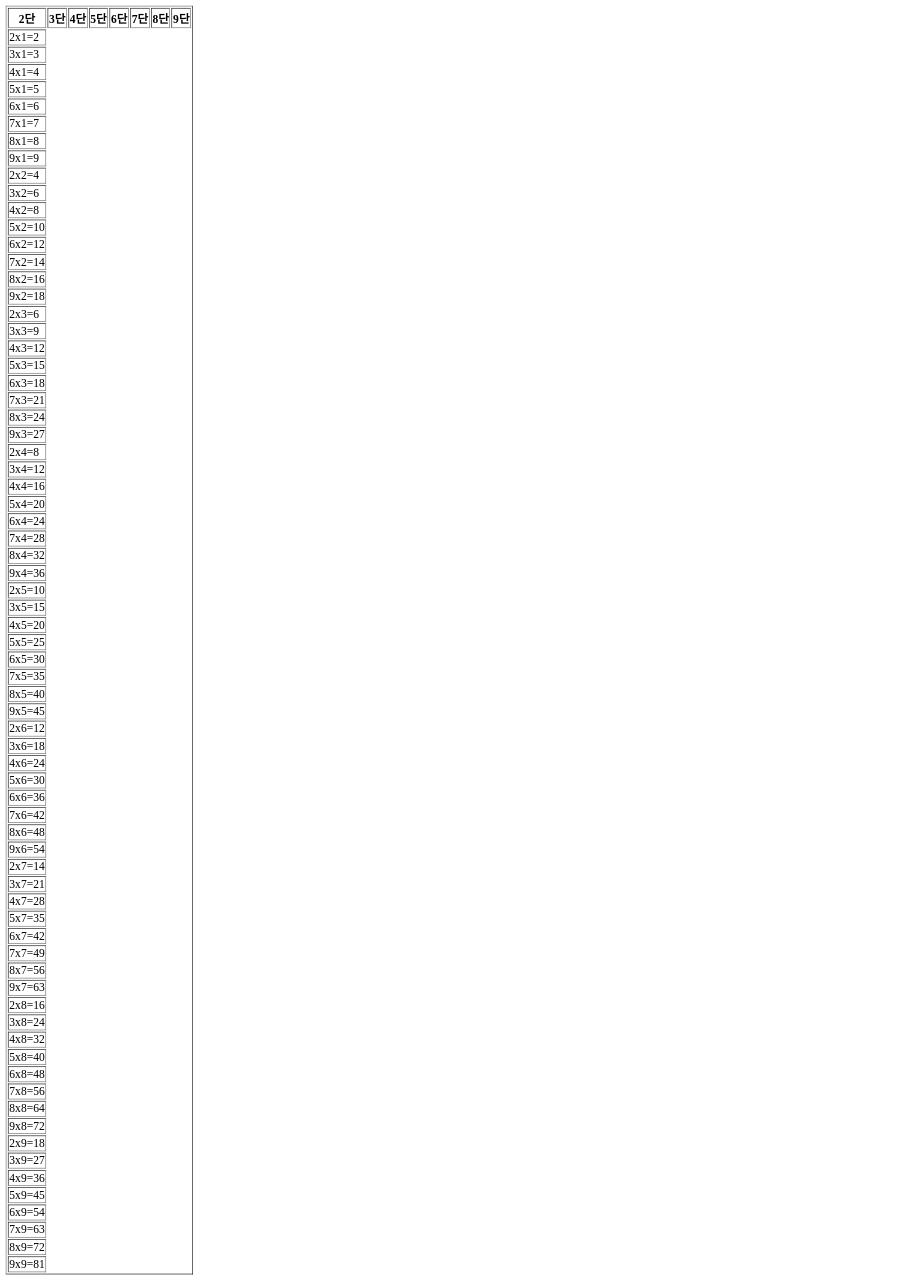
Repository: tldnwkd/jspclass2026
Page: http://localhost/chapter01/test02.jsp
The author's editor kept a copy of each file at every save. The page is drawn from the files as they stood at one save, then again after the next save.
The browser window is 1280 px wide. The pictures show the whole page, at 72% of full size.
The page is served by Tomcat 9.

Above is the page before, as saved 2026-10-16 04:29:39.

### chapter01/src/main/webapp/test02.jsp
<%@ page language="java" contentType="text/html; charset=UTF-8"
    pageEncoding="UTF-8" import="java.util.*"%>
<!DOCTYPE html>
<html>
<head>
<meta charset="UTF-8">
<title>Insert title here</title>
</head>
<body>
<!-- 구구단 2단~ 9단까지 모두 출력할 것 -->

<table border="1">
	<tr>
	<% for(int i=2; i<=9; i++){ %>
		<th><%= i %>단</th>
		<%} %>
	</tr>
	<%for(int i=1; i<10; i++) {%>
	<tr>
	<%for(int j=2; j<10; j++){%>
	<td><%=j%>x<%=i%>=<%=j*i%></tr>
	<%}%>
	</tr>
	<%}%>
</table>
</body>
</html>

After the next save:
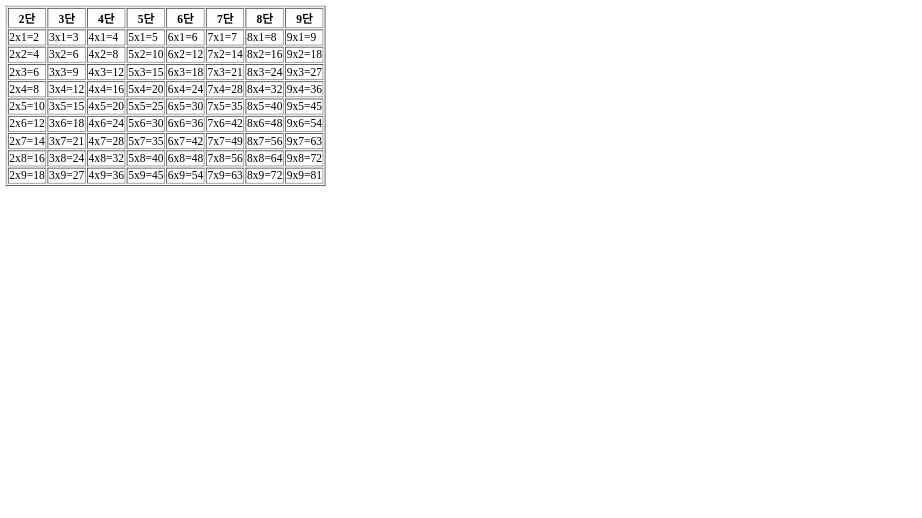
Saved 56 s later.
--- a/chapter01/src/main/webapp/test02.jsp
+++ b/chapter01/src/main/webapp/test02.jsp
@@ -15,10 +15,11 @@
 		<th><%= i %>단</th>
 		<%} %>
 	</tr>
+
 	<%for(int i=1; i<10; i++) {%>
 	<tr>
 	<%for(int j=2; j<10; j++){%>
-	<td><%=j%>x<%=i%>=<%=j*i%></tr>
+	<td><%=j%>x<%=i%>=<%=j*i%></td>
 	<%}%>
 	</tr>
 	<%}%>
